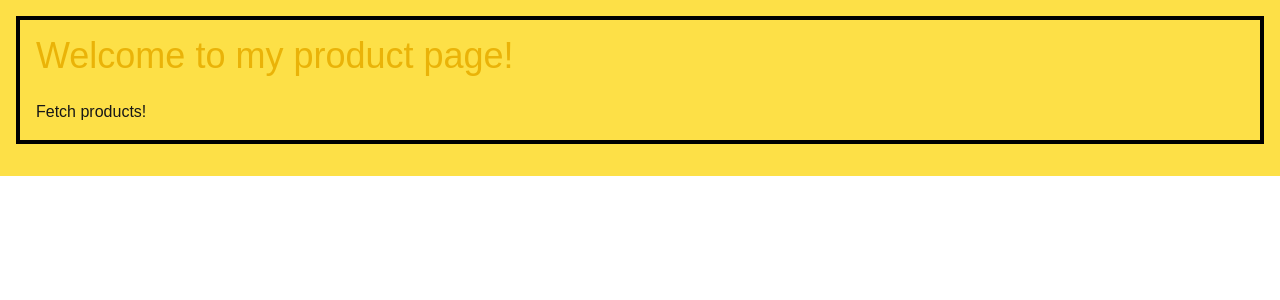
Repository: SamanthaYan298/MDIA-3126-Weds
Page: /api (app in webapp/)
These files come from the project's save history. The page is drawn as it stood at one moment and after the next save; the edit follows.
The browser window is 1280 px wide. The pictures show the whole page.
The project was rebuilt for these pictures with package versions that can differ from the ones it lists, and the page was loaded fresh each time. The framework's server and built-in components were replaced by stand-ins that run in the browser. Also part of the build but not shown: webapp/next.config.mjs.

Above is the page before, as saved 2024-10-09 12:51:45.

After the next save:
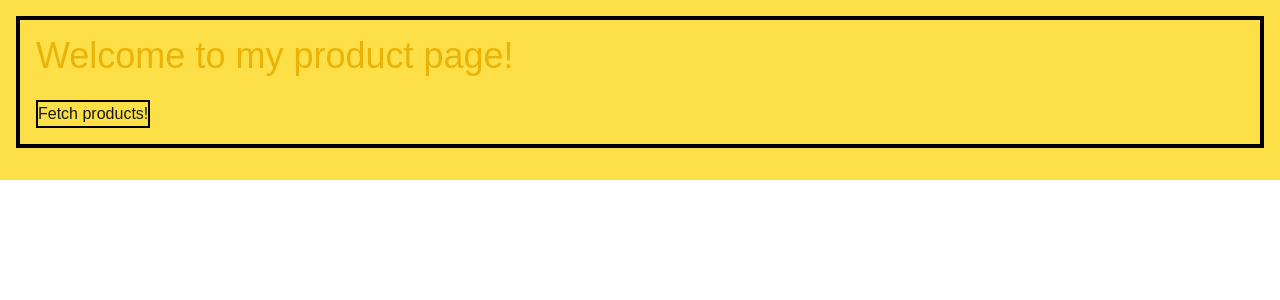
Saved 34 s later.
--- a/webapp/src/app/api/page.js
+++ b/webapp/src/app/api/page.js
@@ -13,7 +13,7 @@ export default function Page() {
         <div className="bg-yellow-300 p-4">
             <header className="border-4 border-black p-4 mb-4">
                 <h1 className="text-4xl mb-6 text-yellow-500">Welcome to my product page!</h1>
-                <button>
+                <button className="border-black border-2">
                     Fetch products!
                 </button>
             </header>
